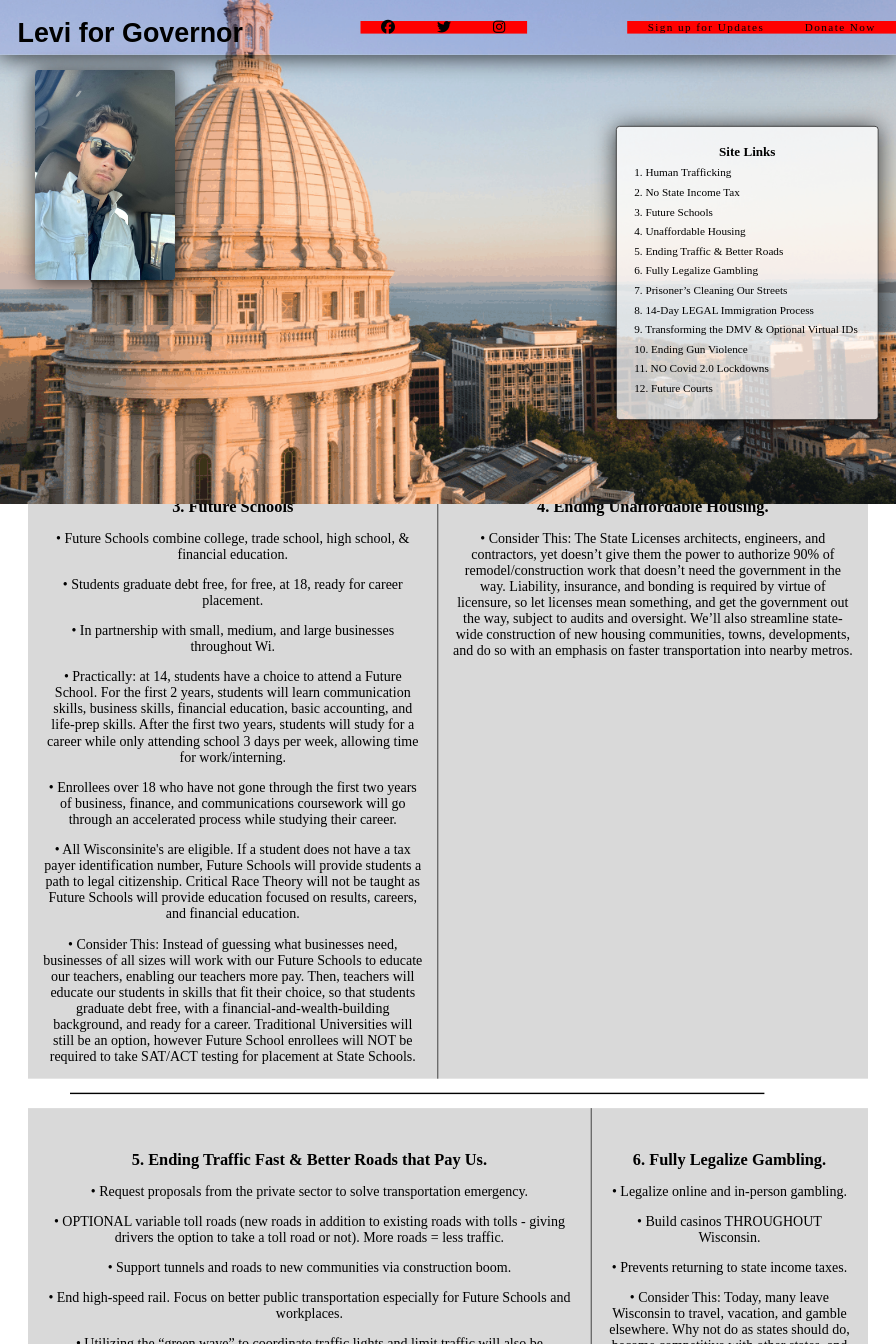
Repository: LeviCB/LeviCB.github.io
Page: index.html
The author's editor kept a record of every edit. The page is drawn from the files as they stood at one moment, then again after the next edit.
The browser window is 1280 px wide. The pictures show the part of the page from y = 0 to 1920 px (the page is 3982 px tall), at 70% of full size.
Some web fonts or font styles are not loaded; a fallback is used. Some web libraries are served in a nearby version.

Above is the page before.
Console error: SyntaxError: Identifier 'head' has already been declared

### index.html
<!DOCTYPE html>
<html>

<head id="head">

  <link type="text/css" rel="stylesheet" href="assets/css/header_style.css"/>
  <link type="text/css" rel="stylesheet" href="assets/css/laptop_style.css"/>
  <link type="text/css" rel="stylesheet" href="assets/css/tablet_style.css"/>
  <link type="text/css" rel="stylesheet" href="assets/css/mobile_style.css"/>
  <link type="text/css" rel="stylesheet" href="assets/css/style.css"/>
  <link type="text/css" rel="stylesheet" href="assets/css/body_style.css"/>
  <link type="text/css" rel="stylesheet" href="assets/css/footer_style.css"/>


  <script src="https://kit.fontawesome.com/570e38c220.js" crossorigin="anonymous"></script>
</head>

<body id="main">
  <div class="scrollTop" onclick="scrollToTop()"></div>
  <header id="header">
    <a href="" class="logo"><strong>Levi for Governor</strong></a>
    <ul id="list">
         <li><a href="#"><i class="fab fa-facebook fa-lg"></i></a></li>
         <li><a href="#"><i class="fab fa-twitter fa-lg"></i></a></li>
         <li><a href="#"><i class="fab fa-instagram fa-lg"></i></a></li>
    </ul>
    <ul>
      <li><a href="">Sign up for Updates</a></li>
      <li><a href="">Donate Now</a></li>
    </ul>
    </div>
  </header>
  <section class="banner" url="/assets/images/wisconsin_capital.png"></section>
  <div id="my-image">
    <img id="my-main-img" src="assets/images/main_image.JPG" alt="Main Image of Levi Borntreger">
  </div>
  <div id="hyper-links">
    <h3>Site Links</h3>
    <a href="#1. Human Trafficking">1. Human Trafficking</a>
    <a href="#2. No State Income Tax">2. No State Income Tax</a>
    <a href="#3. Future Schools">3. Future Schools</a>
    <a href="#4. Unaffordable Housing">4. Unaffordable Housing</a>
    <a href="#5. Ending Traffic & Better Roads">5. Ending Traffic & Better Roads</a>
    <a href="#6. Fully Legalize Gambling">6. Fully Legalize Gambling</a>
    <a href="#7. Prisoner’s Cleaning Our Streets">7. Prisoner’s Cleaning Our Streets</a>
    <a href="#8. 14-Day LEGAL Immigration Process">8. 14-Day LEGAL Immigration Process</a>
    <a href="#9. Transforming the DMV & Optional Virtual IDs">9. Transforming the DMV & Optional Virtual IDs</a>
    <a href="#10. Ending Gun Violence">10. Ending Gun Violence</a>
    <a href="#11. NO Covid 2.0 Lockdowns">11. NO Covid 2.0 Lockdowns</a>
    <a href="#12. Future Courts">12. Future Courts</a>
  </div>
  </div>
  <content>
    <div id="content-all">
      <div id="content-wrapper">
        <a name="1. Human Trafficking"></a>
        <a name="2. No State Income Tax"></a>
        <hr style="height: 2px; width: 80%; border: none; background-color: black;">
        <section id="content-text">
          <article id="content">
            <h3>1. Human Trafficking</h3>
            <p>I Promise to all of you that in my first 30 days in office to get a plan put together and in motion to stop human trafficking for good. There's absolutely no reason that today in our society, that any of this is going on, it's a disgrace to humanity.</p>
          </article>
          <hr style="width: 1px; border: none; background-color: black;">
          <article id="content">
            <h3>2. No State Income Tax on the first $200,000 of Income.</h3>
            <h5>Problem</h5>
            <p>Wisconsin's taxes are too high and too much goes to wasteful spending. This leads people to leave Wisconsin to pay lower or no taxes elsewhere and leads to fewer supporters of our Wisconsin businesses.</p>
            <h5>Solution</h5>
            <p> • Removes the Wi State Income Tax on the first $250,000 earned.</p>
            <p>• No Wisconsin tax return required.</p>
            <p>• An approximately 5% flat tax on incomes over $200,000.</p>
            <p>• An INSTANT pay raise for all workers and investors.</p>
            <p>• Funded by streamlining / reducing regulation and red tape throughout Wisconsin. Additionally: legalizing Gambling, Massive Growth, Future School consolidation, & Ending OVERPAYING for services. Private sector can build tunnels at $10 million per mile. ALL Wi projects, in the future, will have 100% public transparency, where we publicly & transparently weigh quality and cost. This ends crony capitalism (backroom deals) and corruption.</p>
          </article>
        </section>
        <a name="3. Future Schools"></a>
        <a name="4. Unaffordable Housing"></a>
        <hr style="height: 2px; width: 80%; border: none; background-color: black;">
        <section id="content-text">
          <article id="content">
            <h3>3. Future Schools</h3>
            <p>• Future Schools combine college, trade school, high school, & financial education.</p>
            <p>• Students graduate debt free, for free, at 18, ready for career placement.</p>
            <p>• In partnership with small, medium, and large businesses throughout Wi.</p>
            <p>• Practically: at 14, students have a choice to attend a Future School. For the first 2 years, students will learn communication skills, business skills, financial education, basic accounting, and life-prep skills. After the first two years, students will study for a career while only attending school 3 days per week, allowing time for work/interning.</p>
            <p>• Enrollees over 18 who have not gone through the first two years of business, finance, and communications coursework will go through an accelerated process while studying their career.</p>
            <p> • All Wisconsinite's are eligible. If a student does not have a tax payer identification number, Future Schools will provide students a path to legal citizenship. Critical Race Theory will not be taught as Future Schools will provide education focused on results, careers, and financial education.</p>
            <p>• Consider This: Instead of guessing what businesses need, businesses of all sizes will work with our Future Schools to educate our teachers, enabling our teachers more pay. Then, teachers will educate our students in skills that fit their choice, so that students graduate debt free, with a financial-and-wealth-building background, and ready for a career. Traditional Universities will still be an option, however Future School enrollees will NOT be required to take SAT/ACT testing for placement at State Schools.</p>
          </article>
          <hr style="width: 1px; border: none; background-color: black;">
          <article id="content">
            <h3>4. Ending Unaffordable Housing.</h3>
            <p>• Consider This: The State Licenses architects, engineers, and contractors, yet doesn’t give them the power to authorize 90% of remodel/construction work that doesn’t need the government in the way. Liability, insurance, and bonding is required by virtue of licensure, so let licenses mean something, and get the government out the way, subject to audits and oversight. We’ll also streamline state-wide construction of new housing communities, towns, developments, and do so with an emphasis on faster transportation into nearby metros.</p>
          </article>
        </section>
        <a name="5. Ending Traffic & Better Roads"></a>
        <a name="6. Fully Legalize Gambling"></a>
        <hr style="height: 2px; width: 80%; border: none; background-color: black;">
        <section id="content-text">
          <article id="content">
            <h3>5. Ending Traffic Fast & Better Roads that Pay Us.</h3>
            <p>• Request proposals from the private sector to solve transportation emergency.</p>
            <p>• OPTIONAL variable toll roads (new roads in addition to existing roads with tolls - giving drivers the option to take a toll road or not). More roads = less traffic.</p>
            <p>• Support tunnels and roads to new communities via construction boom.</p>
            <p>• End high-speed rail. Focus on better public transportation especially for Future Schools and workplaces.</p>
            <p>• Utilizing the “green wave” to coordinate traffic lights and limit traffic will also be implementing.</p>
            <p>• Consider This: The private sector is prepared to help solve Wisconsin’s transportation issues. The problem? The Governor is in the way. Cities and counties don’t want traffic; it hurts them. As Governor, Levi will request public proposals from private companies who will compete against each other for opportunities to fix our transportation nightmare. This might include logical changes to speed limits, lane efficiency, and enhancements to our building processes that enable faster solutions, such as multiple private partnerships providing tunnels throughout the same, where traffic is worst.</p>
          </article>
          <hr style="width: 1px; border: none; background-color: black;">
          <article id="content">
            <h3>6. Fully Legalize Gambling.</h3>
            <p>• Legalize online and in-person gambling.</p>
            <p>• Build casinos THROUGHOUT Wisconsin.</p>
            <p>• Prevents returning to state income taxes.</p>
            <p>• Consider This: Today, many leave Wisconsin to travel, vacation, and gamble elsewhere. Why not do as states should do, become competitive with other states, and provide Wisconsinites and Americans an opportunity to enjoy gambling IN Wisconsin. We welcome Everyone.</p>
          </article>
        </section>
        <a name="7. Prisoner’s Cleaning Our Streets"></a>
        <a name="8. 14-Day LEGAL Immigration Process"></a>
        <hr style="height: 2px; width: 80%; border: none; background-color: black;">
        <section id="content-text">
          <article id="content">
            <h3>7. Prisoner’s Cleaning Our Streets.</h3>
            <p>• Focus on community policing and reintegrating trust with law enforcement and communities.</p>
            <p>• Non-violent inmates in jails/prisons will work community service in neighborhoods they committed crimes in under group supervision. Selected, non-violent inmates who agree to clean our streets will be eligible to go stay at home with family, reducing jail costs, while being monitored to ensure attendance and fulfillment of sentence. Wisconsin has over 23,000 prisoner's and spends over $30,000 per prisoner per year on housing Prisoners. This is backwards. Prisoners should contribute to our society, society shouldn’t contribute to them.</p>
            <p>• Inmates will clean our streets, roads, towns/cities, and remove graffiti.</p>
            <p>• Option to attend Future Schools to prevent recidivism.</p>
            <p>• Focus on training, social support, and community, with a focus on growth. For example, restrictive alcohol enforcement on businesses cripples business.</p>
          </article>
          <hr style="width: 1px; border: none; background-color: black;">
          <article id="content">
            <h3>8. 14-Day LEGAL Immigration Process.</h3>
            <p>• Wisconsin will establish a process for fast-tracked LEGAL immigration. Our “illegal” immigration crisis is a result of a HORRIBLE, out-dated, and criminalizing immigration disaster. A 14-day legal immigration process helps us attract not just refugees, but also qualified immigrants who can support and contribute to our economy. Legal immigration does not cost Wisconsin jobs, it expands our economy and grows our revenues. Consider this: A CPA who moves to Wisconsin from Brazil, who agrees not to accept any social-welfare programs, needs a dentist, doctor, grocery store, taxi driver, retail stores, and more. For each person who legally immigrants to Wisconsin, we expect economic growth for 10+ Wisconsinite's.</p>
            <p>• Every mid to low income Immigrant will need to have a job lined up. They will get a temporary 2 year Citizenship and will have to attend a future school on the side to learn English etc. If they still have a job and no criminal activities they will be granted full Citizenship.</p>
            <p>Additionally and on Manufacturing:</p>
            <p>• Wisconsin will also partner with companies providing access to Future Schools.</p>
            <p>• This allows companies to train students prior to graduating Future Schools, making them career ready at 18.</p>
          </article>
        </section>
        <a name="9. Transforming the DMV & Optional Virtual IDs"></a>
        <a name="10. Ending Gun Violence"></a>
        <hr style="height: 2px; width: 80%; border: none; background-color: black;">
        <section id="content-text">
          <article id="content">
            <h3>9. Transforming the DMV & Optional Virtual IDs.</h3>
            <p>• Virtual IDs and Registrations w/ QR coded downloads. Virtual IDs would be OPTIONAL - so printed QR or full-versions would still be available on an OPT-IN basis (default being virtual, but for those desiring physical, the option would be available).</p>
            <p>• Privatizing license plates, driver tests, and vision tests.</p>
            <p>• Speed cameras & virtual tickets; less traffic stops via officer virtual traffic stops & ticketing.</p>
            <p>• Instant options to dispute or pay tickets via a new Wisconsin App.</p>
          </article>
          <hr style="width: 1px; border: none; background-color: black;">
          <article id="content">
            <h3>10. Ending Gun Violence.</h3>
            <p> • Wisconsin should focus less on restrictions for legal weapon owners, and instead focus more resources on weapon education, mental Health services, therapy access especially for those uninsured or underinsured, and teaching mental-wellness in our schools to prevent the stigmatization of mental-health illnesses in Wisconsin.</p>
            <p>• Those who are trained and background checked SHALL have more rights in Wisconsin. We’re moving towards MORE rights and freedoms in Wisconsin, not less.</p>
            <p>• Tiered licenses for individuals with weapons training.</p>
            <p>• Granting more privileges like concealed carry to more folks who are trained and background checked. This would be the first expansion of Gun Rights Wisconsin has seen in decades.</p>
          </article>
        </section>
        <a name="11. NO Covid 2.0 Lockdowns"></a>
        <a name="12. Future Courts"></a>
        <hr style="height: 2px; width: 80%; border: none; background-color: black;">
        <section id="content-text">
          <article id="content">
            <h3>11. NO Covid 2.0 Lockdowns.</h3>
            <h4>Covid:</h4>
            <p>Vaccines are a choice. Masks are a choice. Businesses shall have the right to remain OPEN — however, reasonable “HEPA-filtration” and ventilation requirements may be an option, but we will NOT have lockdowns again.</p>
          </article>
          <hr style="width: 1px; border: none; background-color: black;">
          <article id="content">
            <h3>12. Future Courts.</h3>
            <p>• Small claims limits raised to $100,000.</p>
            <p>• New Small Claims Advisor Counsel license taught at Future Schools.</p>
            <p>• Speeding up the legal system by investing in our courts.</p>
          </article>
        </section>
      </div>
    </div>
  </content>
<foot>
  <div id="foot">
    <div id="address">
      <h3>Levi for Governor</h3>
      <h3>1712 Prima Lago Ter</h3>
      <h3>Lakeland, FL. 33810</h3>
    </div>
    <div id="contact">
      <h3>Contact Me</h3>
      <h3>715~660~6693</h3>
      <H3>LeviForGovernor@gmail.com</h3>
    </div>
  </div>
</foot>
<script type="text/javascript" src="assets/js/main.js"></script>
<script>
  /*start of header magic*/
const head = document.querySelector("#header");

window.onscroll = function () {
  var top = window.scrollY;
  if (top >= 5) {
    head.classList.add("active");
  } else {
    head.classList.remove("active");
  }
};
/*end of header magic*/

/*start of navtext color change on scroll*/
window.addEventListener("scroll", function() {
        var header = document.querySelector("header");
        header.classList.toggle("sticky", window.scrollY> 0);
      });
/*end of navtext color change on scroll*/

/*start of scrollTop*/
window.addEventListener('scroll', function(){
    var scroll = document.querySelector('.scrollTop');
    scroll.classList.toggle("active" , window.scrollY > 500)
  })

  function scrollToTop(){
    window.scrollTo({
      top: 0,
      behavior: 'smooth'
    })
  }
/*end of scrollTop*/
</script>
</body>
<footer id="footer">
  <div id="copyright">
    <h3>Paid for and Approved by Levi Borntreger for Governor</h3>
    <h3>Copyright 2021 — Levi for Governor. All rights reserved.</h3>
  </div>
</footer>

</html>

### assets/css/laptop_style.css
/*
$desktop: 1200px;
$laptop: 1024px;
$tablet: 768px;
$phone: 480px;
*/

@media only screen and (max-width:1024px) and (min-width: 768px) {
  body {
    background-color:;
  }
  #hyper-links {
    background-color: blue;
  }

  #content-text {
    flex-direction: column;
  }
  #content-wrapper {
    display: flex;
    column-gap: 40px;
    flex-direction: column;
    flex-wrap: wrap;
    width: 100%;
  }
}

### assets/css/body_style.css
.banner {
  position: fixed;
  width: 100%;
  height: 100vh;
  background-image: url("/assets/images/wisconsin_capital.png");
  background-size: cover;
}

### assets/css/footer_style.css
#foot {
  background-color: blue;
  box-shadow: 0 3px 2rem rgba(0,0,0,.75);
  display: flex;
  margin: 0px;
  padding: 0px;
  height: 150px;
  width: 100%;
  justify-content: space-around;
}
foot h3 {
    font-size: 20px;
}
#foot #address {
  margin-top: 30px;
}
#foot #address H3{
  color: white;
  padding: 5px;
}
#foot #contact {
  margin-top: 30px;
}
#foot #contact H4,
#foot #contact H3{
  color: white;
  padding: 5px;
  text-decoration: none !important;
}
#footer {
  margin: 0px;
  padding: 0px;
  height: 75px;
  display: flex;
  background-color: blue;
  border-top: 2px black solid;
  justify-content: center;
}
#footer #copyright {
}
#footer #copyright h3 {
  color: white;
  margin-top: 15px;
}

Loaded but not shown: assets/js/main.js (33 lines, source omitted); assets/css/style.css (122 lines, source omitted); assets/css/header_style.css (76 lines, source omitted); assets/css/mobile_style.css (57 lines, source omitted); assets/css/tablet_style.css (no copy from this time; the picture is the same without it)

After the next edit:
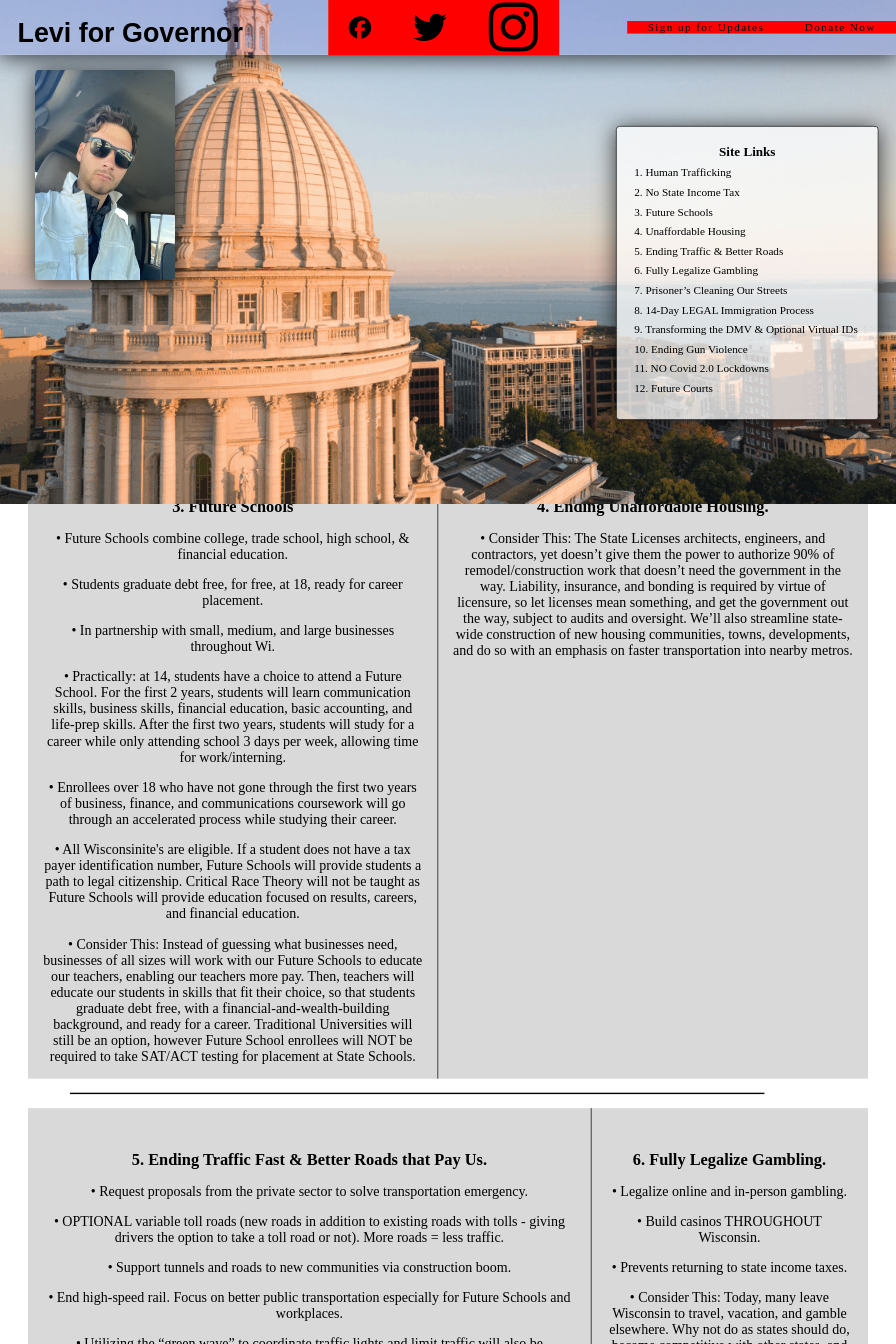
The edit:
--- a/index.html
+++ b/index.html
@@ -20,9 +20,9 @@
   <header id="header">
     <a href="" class="logo"><strong>Levi for Governor</strong></a>
     <ul id="list">
-         <li><a href="#"><i class="fab fa-facebook fa-lg"></i></a></li>
-         <li><a href="#"><i class="fab fa-twitter fa-lg"></i></a></li>
-         <li><a href="#"><i class="fab fa-instagram fa-lg"></i></a></li>
+         <li><a href="#"><i class="fab fa-facebook fa-2x"></i></a></li>
+         <li><a href="#"><i class="fab fa-twitter fa-3x"></i></a></li>
+         <li><a href="#"><i class="fab fa-instagram fa-5x"></i></a></li>
     </ul>
     <ul>
       <li><a href="">Sign up for Updates</a></li>

After the edit that followed:
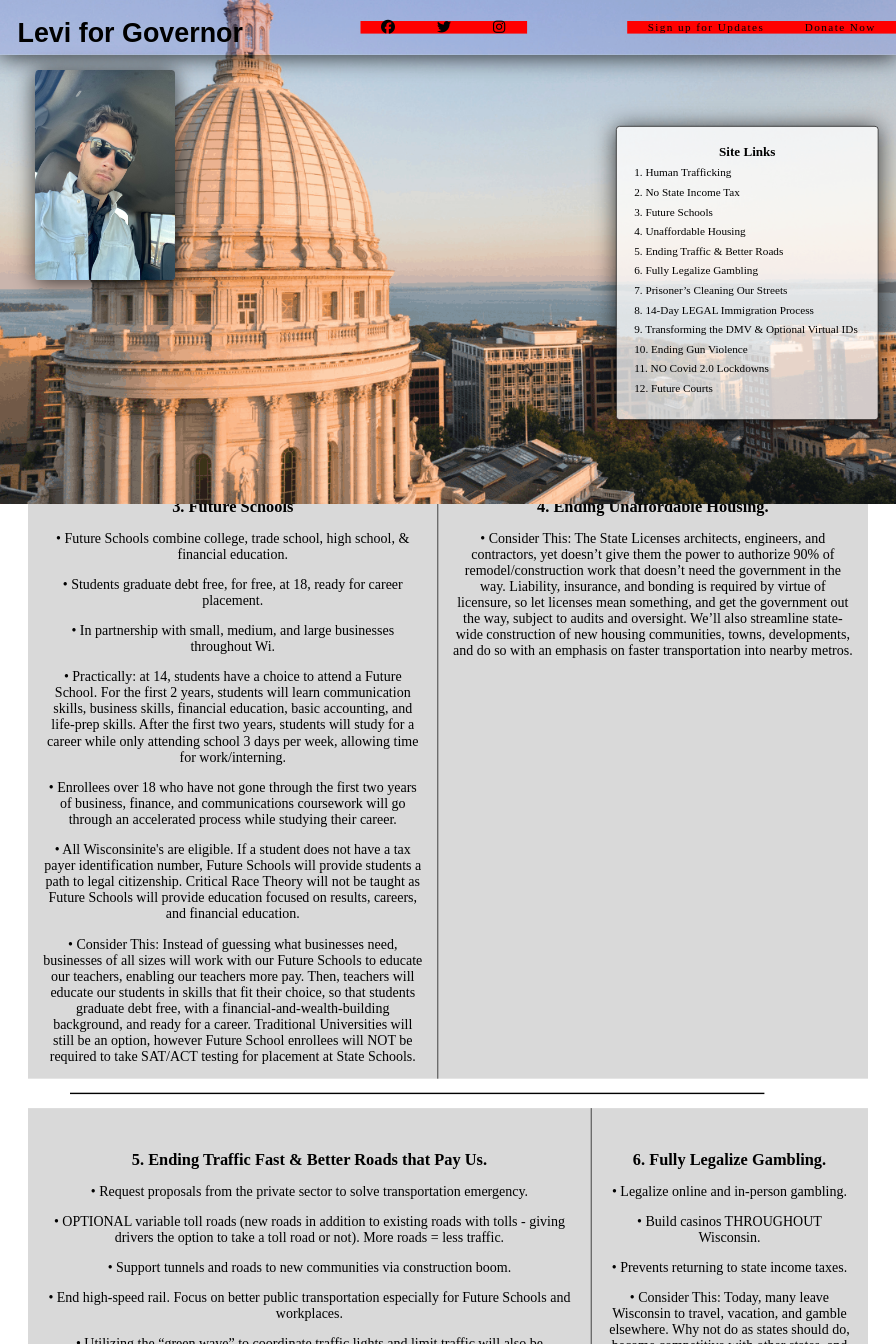
The edit:
--- a/index.html
+++ b/index.html
@@ -20,9 +20,9 @@
   <header id="header">
     <a href="" class="logo"><strong>Levi for Governor</strong></a>
     <ul id="list">
-         <li><a href="#"><i class="fab fa-facebook fa-2x"></i></a></li>
-         <li><a href="#"><i class="fab fa-twitter fa-3x"></i></a></li>
-         <li><a href="#"><i class="fab fa-instagram fa-5x"></i></a></li>
+         <li><a href="#"><i class="fab fa-facebook fa-lg"></i></a></li>
+         <li><a href="#"><i class="fab fa-twitter fa-lg"></i></a></li>
+         <li><a href="#"><i class="fab fa-instagram fa-lg"></i></a></li>
     </ul>
     <ul>
       <li><a href="">Sign up for Updates</a></li>
